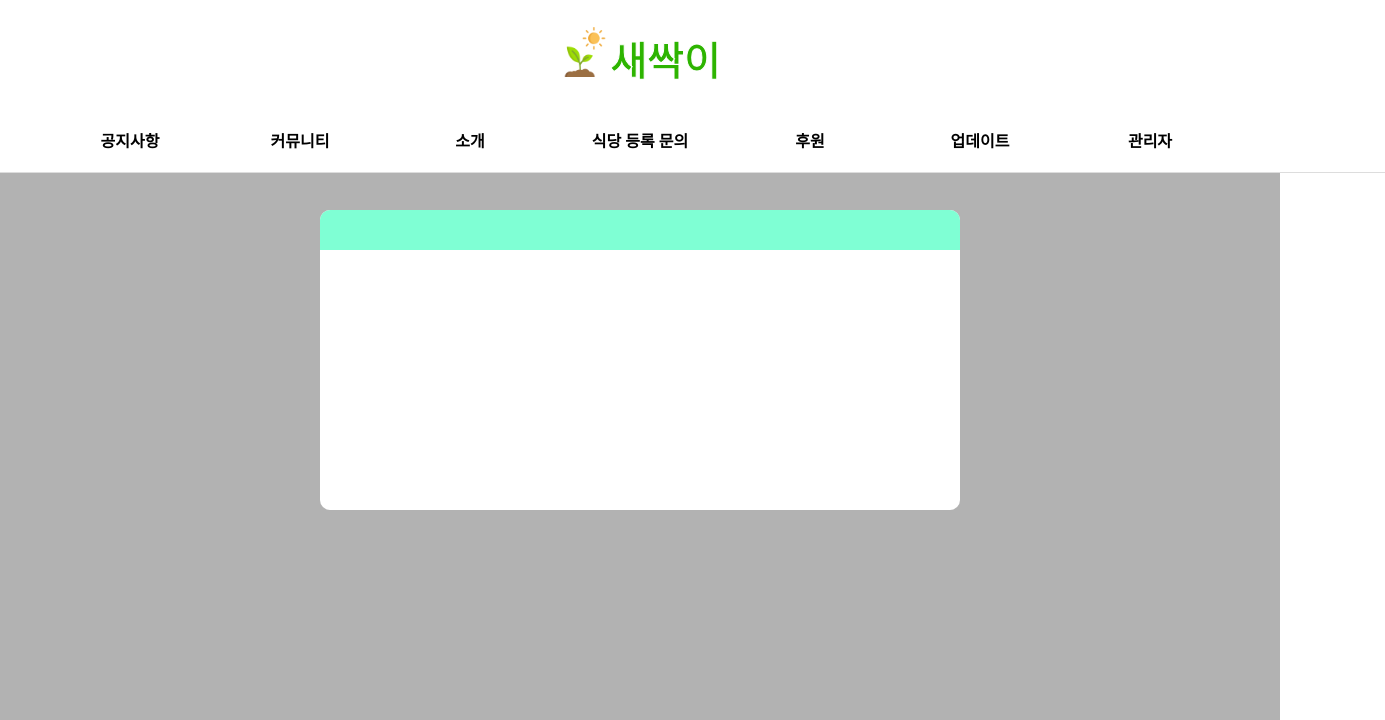
Repository: Seedye/Seedye
Page: team/src/main/webapp/html/board/board-view.html
An editor plug-in stored every save of this project. The page is shown before and after the next save, followed by the edit.
The browser window is 1280 px wide. The page is 1385 px wide, so the pictures cover 1385 px, including what lies to the right of the window. The pictures show the whole page.
Some web fonts or font styles are not loaded; a fallback is used. Some web libraries are served in a nearby version.

Above is the page before, as saved 2022-12-15 10:46:01.

### team/src/main/webapp/html/board/board-view.html
<!DOCTYPE html>
<html lang="en">
<head>
  <meta charset="UTF-8">
  <meta http-equiv="X-UA-Compatible" content="IE=edge">
  <meta name="viewport" content="width=device-width, initial-scale=1.0">
  <link rel="stylesheet" href="../../resources/css/header.css">
  <link rel="stylesheet" href="../../resources/css/board/board-view-style.css">
  <title>게시물 상세보기모달</title>

  <script src="https://kit.fontawesome.com/95f413b465.js" crossorigin="anonymous"></script>

</head>
<body>
  <header>
    <!-- 헤더 -->
    <section id="header-container">
        <!-- 로고 -->
        <section id="header-section">
            <a href="#"><img id="logo" src="../../resources/images/새싹이.png"></a>
            <a href="#" id="logo-content">새싹이</a>
        </section>
        <!-- 메뉴창 -->
        <nav id="nav-bar">
            <ul>
                <li><a href="#"></a>공지사항</li>
                <li><a href="#"></a>커뮤니티</li>
                <li><a href="#"></a>소개</li>
                <li><a href="#"></a>식당 등록 문의</li>
                <li><a href="#"></a>후원</li>
                <li><a href="#"></a>업데이트</li>
                <li><a href="#"></a>관리자</li>
            </ul>
        </nav>
    </section>
</header>
  <div class="board-view-modal">
    <div class="board-view-area">
      <div class="board-view-title">

      </div>
      <div class="board-view-content">

      </div>
      <div class="board-view-conment">

      </div>
    </div>
  </div>
</body>
</html>

### team/src/main/webapp/resources/css/header.css

@font-face {
    font-family: 'yg-jalnan';
    src: url('https://cdn.jsdelivr.net/gh/projectnoonnu/noonfonts_four@1.2/JalnanOTF00.woff') format('woff');
    font-weight: normal;
    font-style: normal;
}


@font-face {
    font-family: 'NIXGONM-Vb';
    src: url('https://cdn.jsdelivr.net/gh/projectnoonnu/noonfonts_six@1.2/NIXGONM-Vb.woff') format('woff');
    font-weight: normal;
    font-style: normal;
}

*{
    box-sizing: border-box;
    margin: 0;
    padding: 0;
}

header{
    position: sticky;
    top: 0;
    background-color: white;
    z-index: 1000;
}

body{
    display: flex;
    justify-content: center;
    align-items: center;
    flex-direction: column;
}

#header-section{
    width: 100%;
    display: flex;
    justify-content: center;
    align-items: center;
    margin-top: 20px;
}

#logo{
    width: 50px;
    height: 50px;
}

#logo-content{
    color: #2db400;
    -webkit-text-stroke: 1px white;
    text-decoration: none;
    font-weight: bold;
    font-family: yg-jalnan;
    font-size: 40px;
    padding-top: 10px;
}

#nav-bar{
    display: flex;
    justify-content: center;
    margin: 20px 0px  0px  0px;
}

#nav-bar > ul {
    /* width: 100vw; */
    display: flex;
    justify-content: space-between;
    font-weight: bold;
    border-bottom: 1px solid #ddd;
    padding: 0px 150px;
}

#nav-bar > ul > li{
    font-family: NIXGONM-Vb;
    float: left;
    display: flex;
    justify-content: center;
    padding: 20px 35px;
    border-radius: 6px;
    cursor: pointer;
    width: 170px;
    height: auto;
}

#nav-bar > ul > li:hover{
    background-color: rgba(45, 180, 0, 0.6);
    color: white;
    transition-duration: 0.3s;
}

footer {
    width: 1200px;
    height: 134px;
    color: gray;
    font-size: var(--small-font-size);
    padding: 20px 0;

    display: flex;
    flex-direction: column;
    justify-content: space-around;
    align-items: center;

    /* position: absolute; */
    bottom: 0;

    border-top: 1px solid #ddd;
  }

  footer a {
    color: gray;
  }

### team/src/main/webapp/resources/css/board/board-view-style.css
.board-view-modal{
  top: 0; left: 0;
  position: absolute;
  width: 100vw;
  height: 100vh;
  background-color: rgba(0, 0, 0, 0.3);

  /* display: none; */
  display: flex;
  align-items: center;
  justify-content: center;
}
/* 상세보기 흰영역 */
.board-view-area{
  width: 50vw;
  min-width: 400px;
  height: auto;
  min-height: 300px;
  background-color: white;
  border-radius: 10px;
  overflow: auto;
}
/* 상세보기 제목 */
.board-view-title{
  width: 100%;
  height: 40px;
  background-color: aquamarine;
  display: flex;
  align-items: center;
  justify-content: center;

}
.board-view-title > p{
  color: black;
}
/* 상세보기 내용 */
.board-view-content{

}

After the next save:
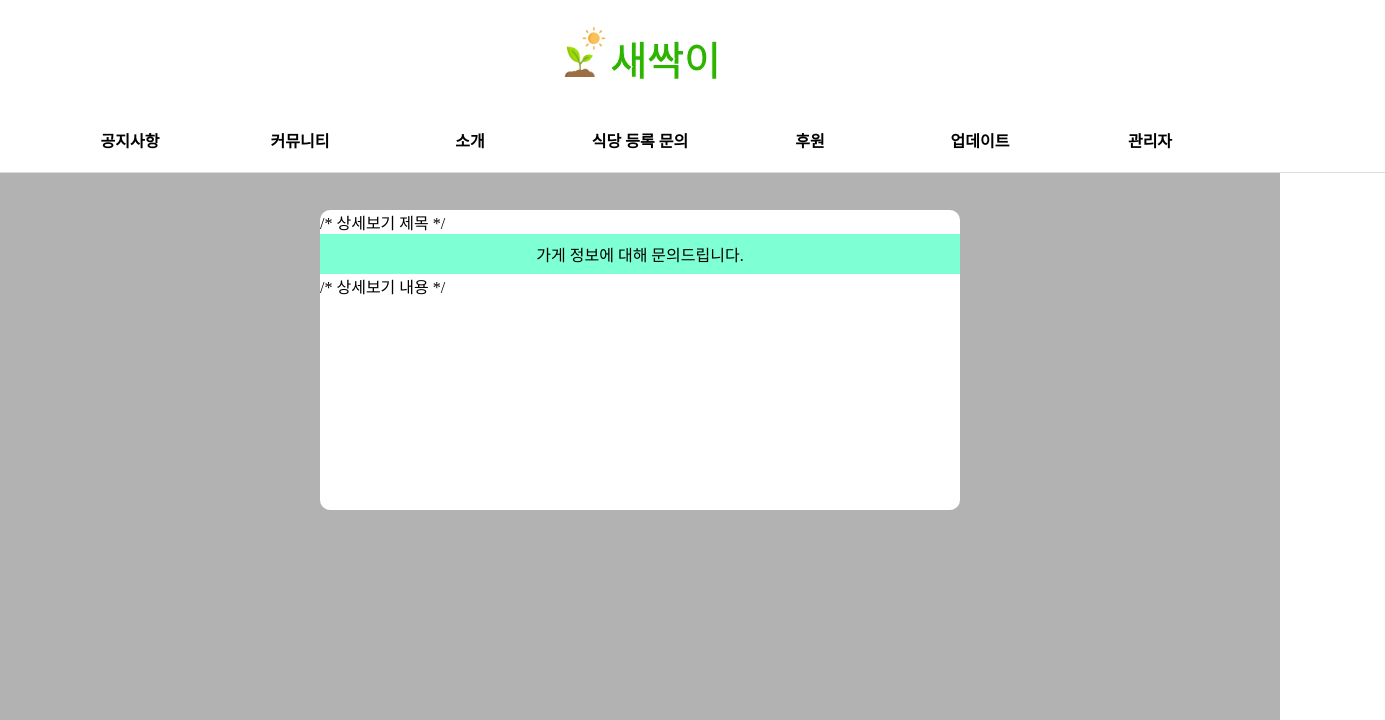
Saved 10 s later.
--- a/team/src/main/webapp/html/board/board-view.html
+++ b/team/src/main/webapp/html/board/board-view.html
@@ -36,9 +36,11 @@
 </header>
   <div class="board-view-modal">
     <div class="board-view-area">
+      /* 상세보기 제목 */
       <div class="board-view-title">
-
+        <p>가게 정보에 대해 문의드립니다.</p>
       </div>
+      /* 상세보기 내용 */
       <div class="board-view-content">
 
       </div>

After the save that followed:
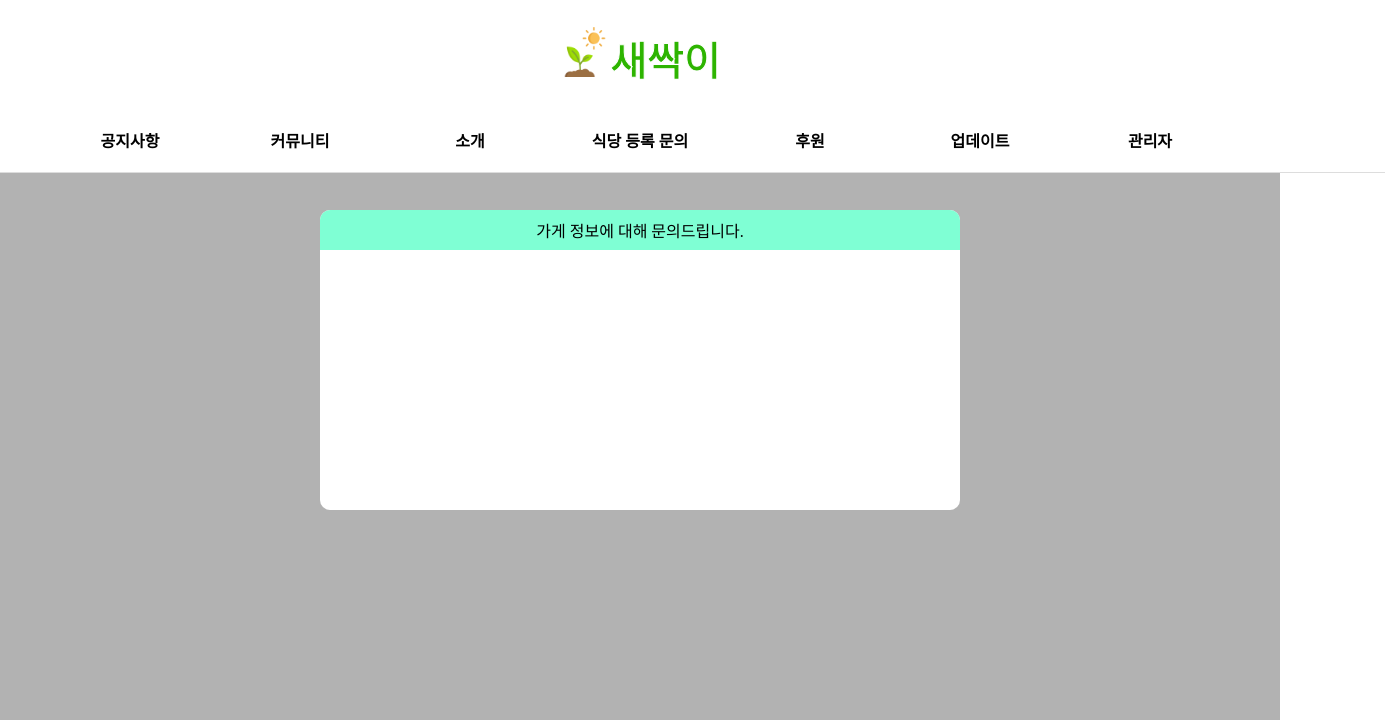
Saved 7 s later.
--- a/team/src/main/webapp/html/board/board-view.html
+++ b/team/src/main/webapp/html/board/board-view.html
@@ -36,11 +36,11 @@
 </header>
   <div class="board-view-modal">
     <div class="board-view-area">
-      /* 상세보기 제목 */
+      <!-- /* 상세보기 제목 */ -->
       <div class="board-view-title">
         <p>가게 정보에 대해 문의드립니다.</p>
       </div>
-      /* 상세보기 내용 */
+      <!-- /* 상세보기 내용 */ -->
       <div class="board-view-content">
 
       </div>
